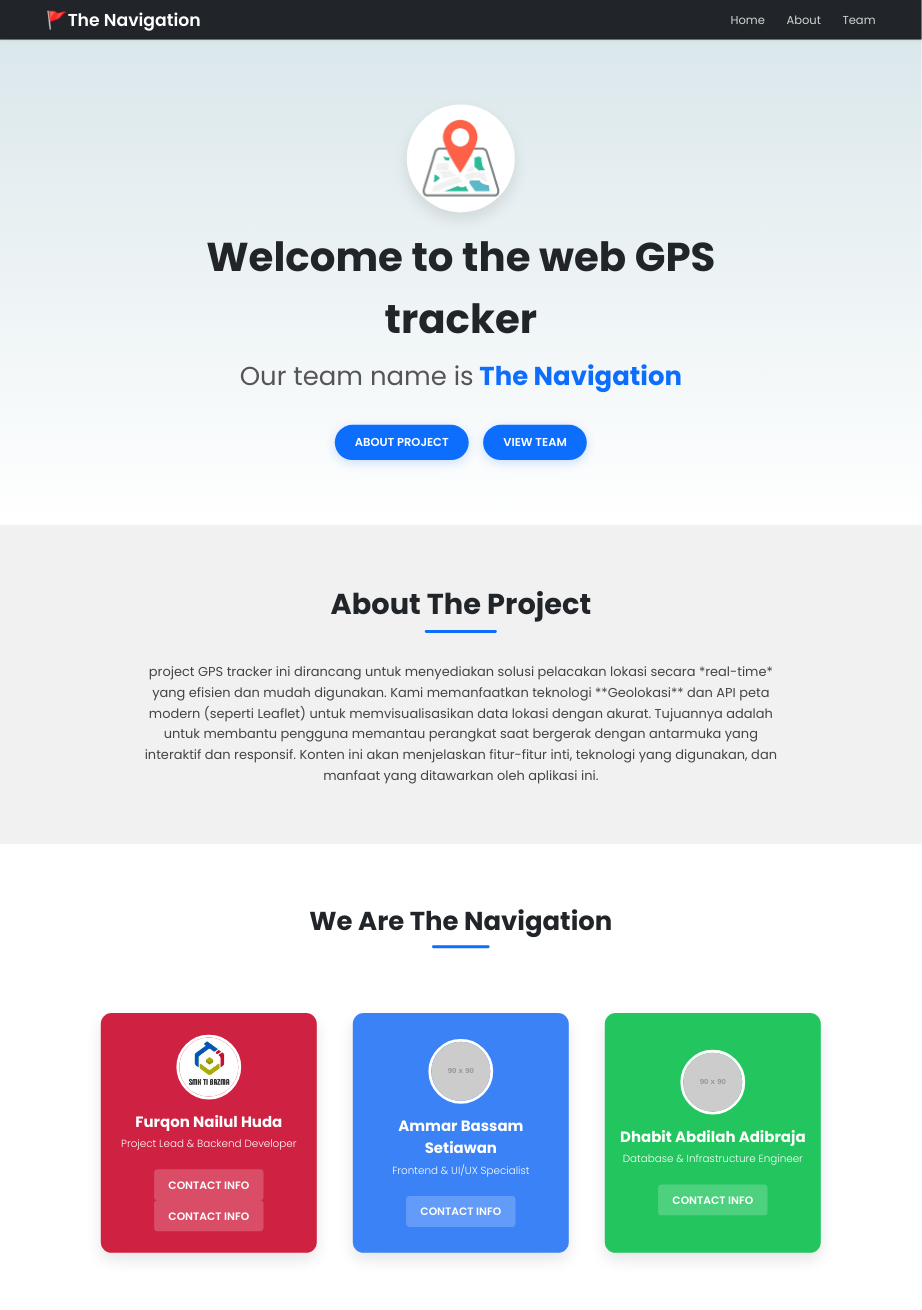
Repository: ammarsetiawan/gps-traker
Page: about.html
An editor plug-in stored every save of this project. The page is shown before and after a run of saves, followed by the edit.
The browser window is 1280 px wide. The pictures show the whole page, at 72% of full size.

Above is the page before, as saved 2025-11-27 16:35:04.

After the next 2 saves:
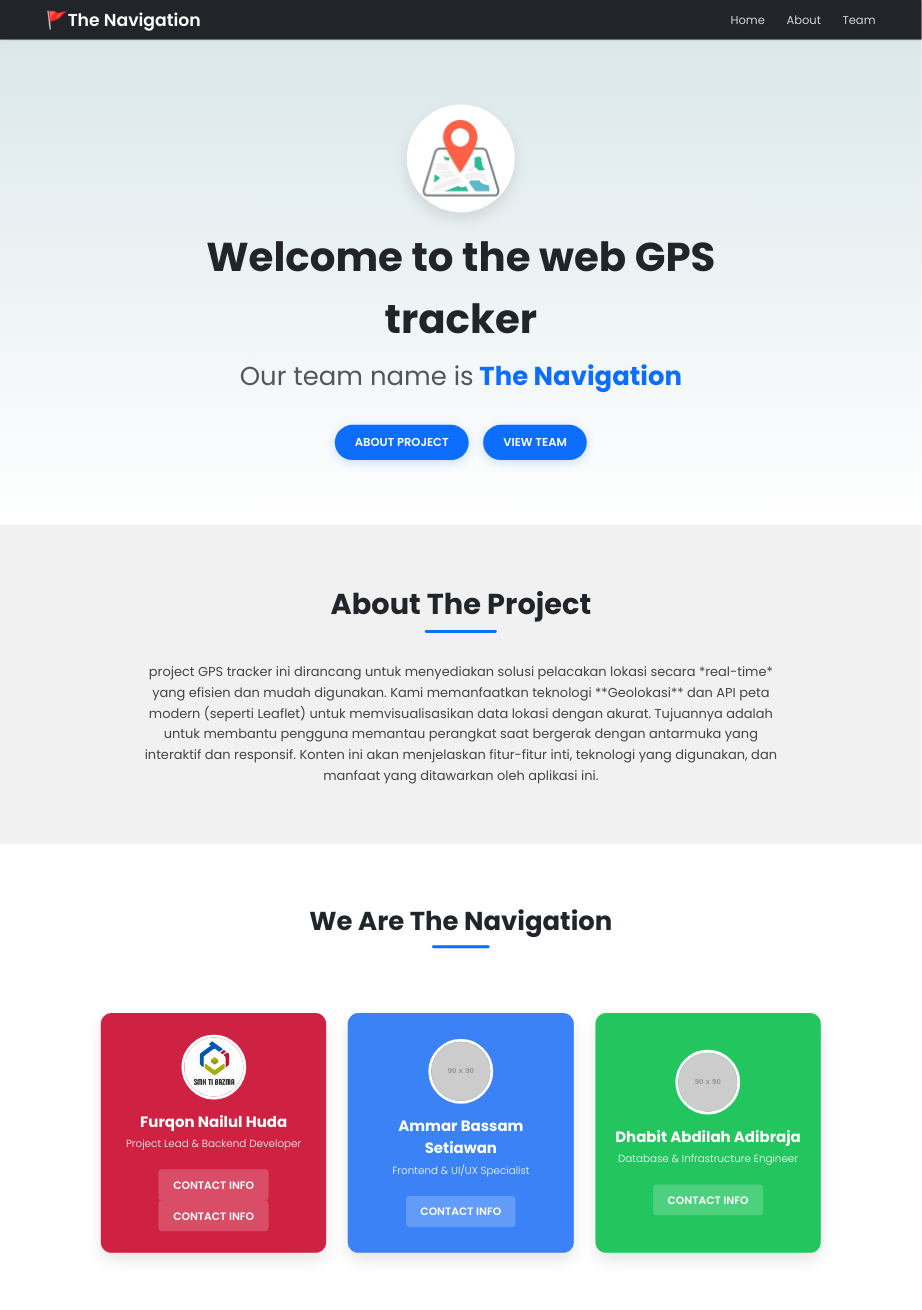
The 2 saves are shown as one change because they came seconds apart.
The last was saved 111 s later.
--- a/about.html
+++ b/about.html
@@ -275,7 +275,7 @@
             top: 50px;
             display: grid;
             grid-template-columns: repeat(auto-fit, minmax(280px, 1fr));
-            gap: 50px;
+            gap: 30px;
             max-width: 1000px;
             margin: 0 auto;
             padding-bottom: 50px;
